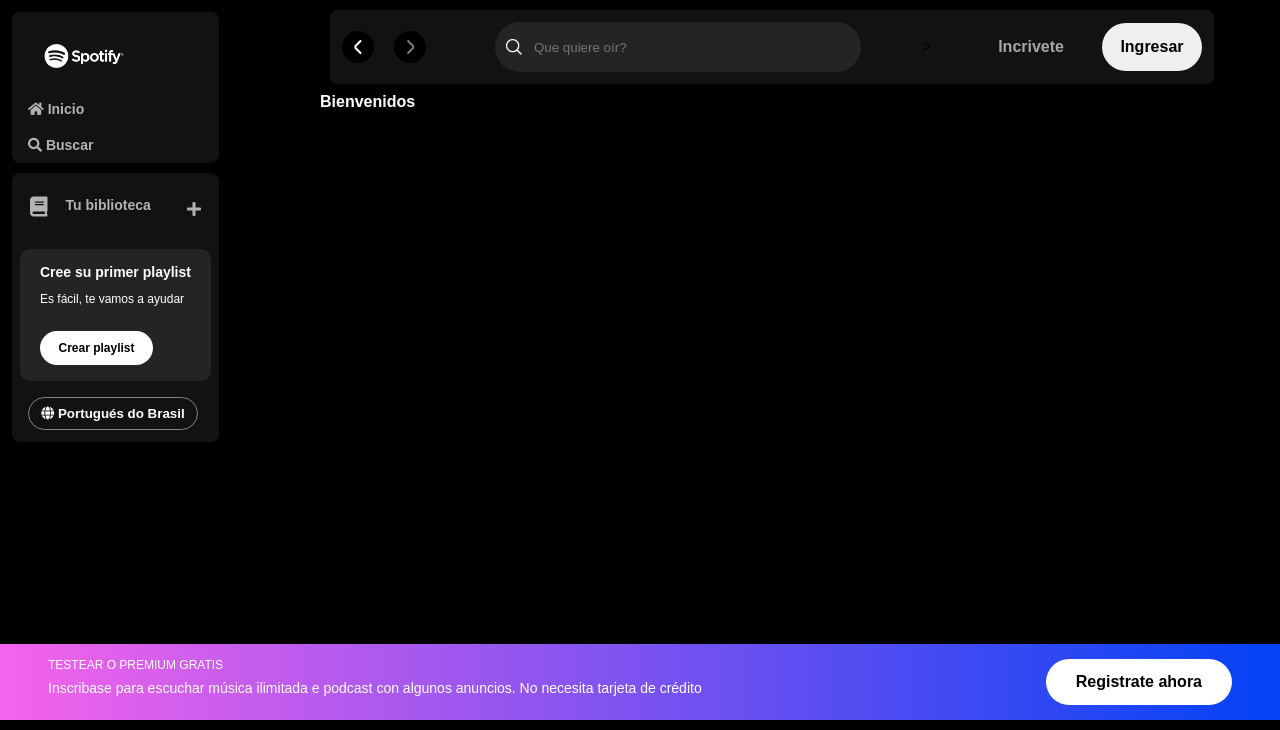
Repository: AnaFzCz/PROYECTO-SPOTIFY
Page: index.html
The author's editor kept a copy of each file at every save. The page is drawn from the files as they stood at one save, then again after the next save.
The browser window is 1280 px wide. The pictures show the whole page.

Above is the page before, as saved 2025-01-30 16:05:42.

After the next save:
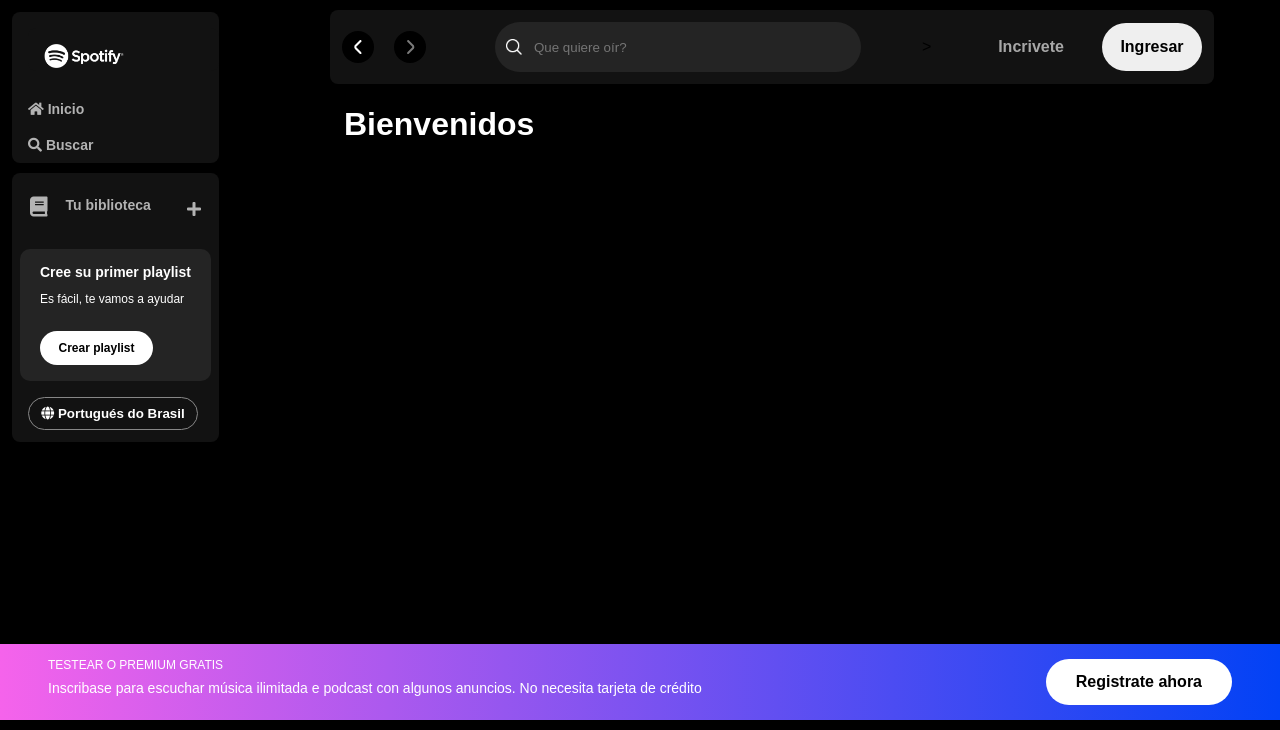
Saved 5 min 42 s later.
--- a/src/styles/main.css
+++ b/src/styles/main.css
@@ -93,3 +93,29 @@
     border-radius: 40px;
 
 }
+
+.playlist-conteiner{
+    height:68vh;
+    padding-top: 16px;
+    margin: 10px;
+    border-radius:10px;
+    background-color:#121212;
+}
+
+.playlist{
+    margin:24px;
+}
+
+.playlist #greeting{
+    color:#fff;
+    font-size: 32px;
+    font-weight: 700;
+    margin-bottom: 48px;
+
+}
+
+.playlist #greeting-subtitle{
+    color:#fff;
+    font-size: 24px;
+    font-weight: 700;
+}
